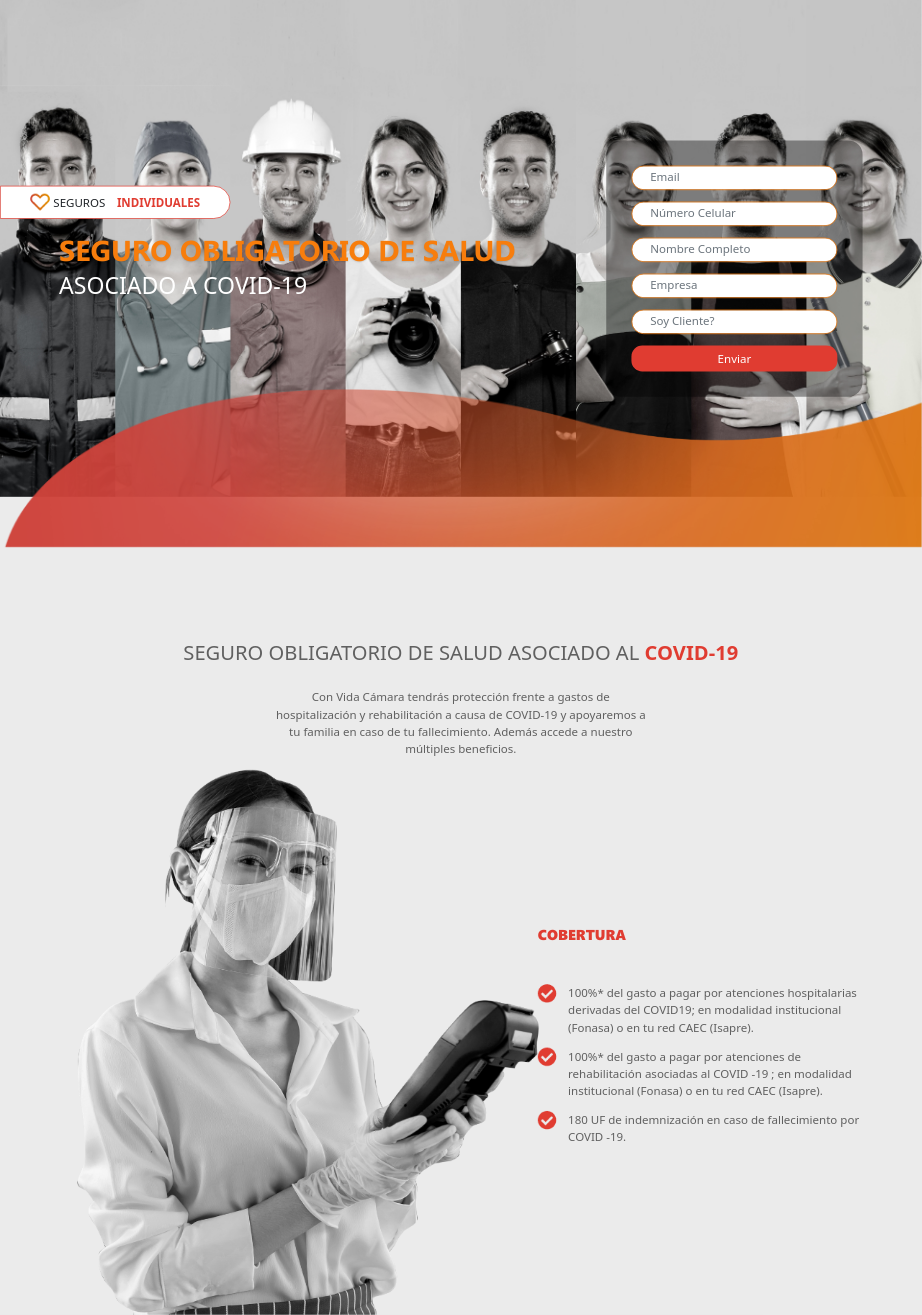
Repository: Darigo30/vidacamara
Page: index.html
An editor plug-in stored every save of this project. The page is shown before and after the next save, followed by the edit.
The browser window is 1280 px wide. The pictures show the whole page, at 72% of full size.
Some web fonts or font styles are not loaded; a fallback is used. Some web libraries are served in a nearby version.

Above is the page before, as saved 2021-07-29 18:24:40.
Not found: assets/js/custom.js

After the next save:
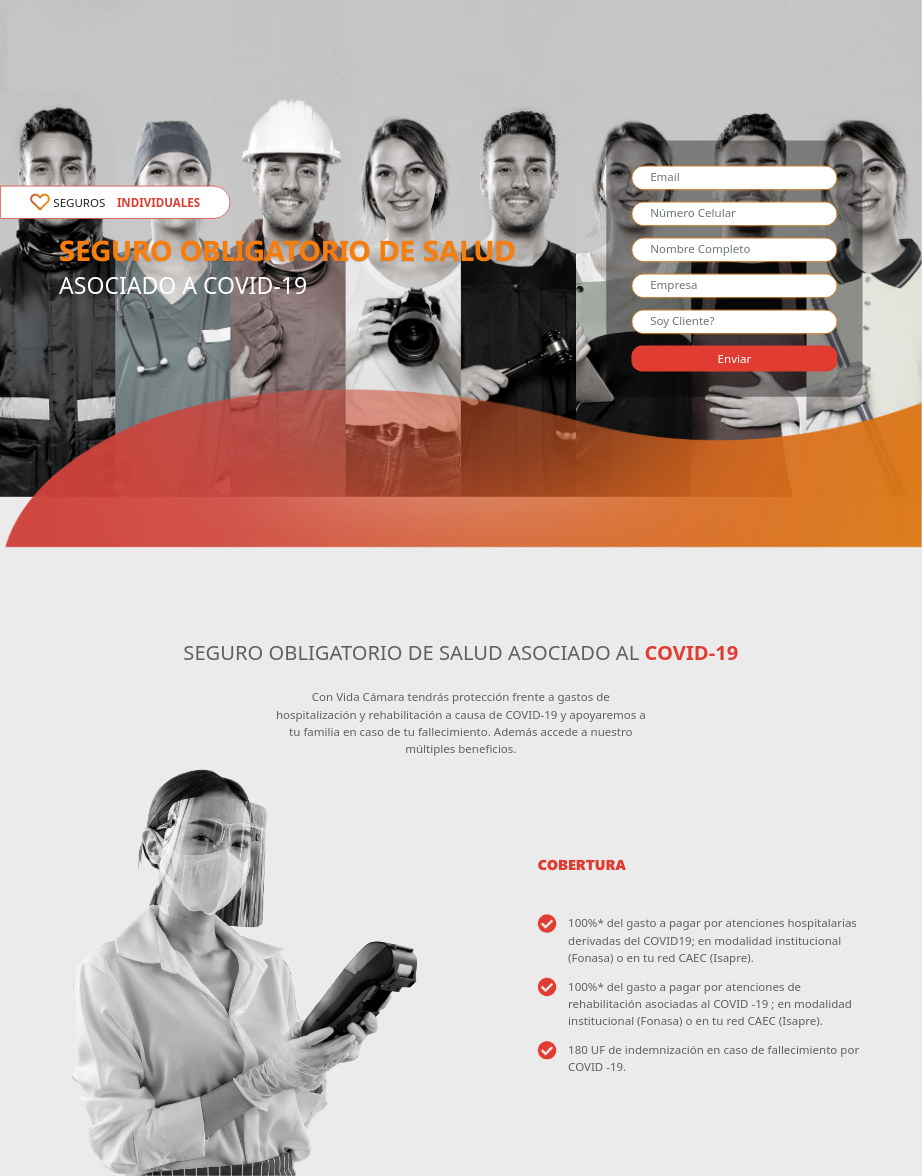
Saved 45 s later.
--- a/css/style.css
+++ b/css/style.css
@@ -145,3 +145,6 @@
 .convi{
     padding: 0 300px;
 }
+.img-mujer{
+    width: 80%;
+}
